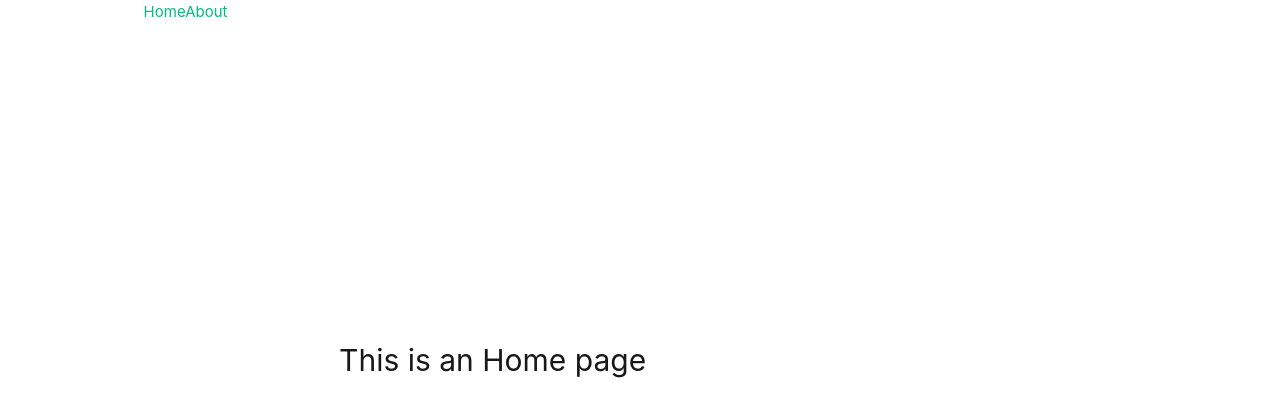
Repository: loktioncode/vectra-shop
Page: /
An editor plug-in stored every save of this project. The page is shown before and after the next save, followed by the edit.
The browser window is 1280 px wide. The pictures show the whole page.
The project was rebuilt for these pictures with package versions that can differ from the ones it lists, and the page was loaded fresh each time. Also part of the build but not shown: vite.config.ts.

Above is the page before, as saved 2023-09-20 12:34:03.

### src/assets/main.css
@import './base.css';

a,
.green {
  text-decoration: none;
  color: hsla(160, 100%, 37%, 1);
  transition: 0.4s;
}

@media (hover: hover) {
  a:hover {
    background-color: hsla(160, 100%, 37%, 0.2);
  }
}

@media (min-width: 1024px) {
  body {
    display: flex;
    place-items: center;
  }

  #app {
    display: grid;
    grid-template-columns: 1fr 1fr;
    padding: 0 2rem;
  }
}

### src/App.vue
<!-- <script setup lang="ts">
import { RouterLink, RouterView } from 'vue-router'
import HelloWorld from './components/HelloWorld.vue'
</script> -->

<template>
  <div class="app">
    <header>
      <nav>
        <RouterLink to="/">Home</RouterLink>
        <RouterLink to="/about">About</RouterLink>
      </nav>

    </header>
  </div>
  <RouterView />
</template>

<style scoped>
.app {
  text-align: center;
}
</style>

### src/assets/base.css
/* color palette from <https://github.com/vuejs/theme> */
:root {
  --vt-c-white: #ffffff;
  --vt-c-white-soft: #f8f8f8;
  --vt-c-white-mute: #f2f2f2;

  --vt-c-black: #181818;
  --vt-c-black-soft: #222222;
  --vt-c-black-mute: #282828;

  --vt-c-indigo: #2c3e50;

  --vt-c-divider-light-1: rgba(60, 60, 60, 0.29);
  --vt-c-divider-light-2: rgba(60, 60, 60, 0.12);
  --vt-c-divider-dark-1: rgba(84, 84, 84, 0.65);
  --vt-c-divider-dark-2: rgba(84, 84, 84, 0.48);

  --vt-c-text-light-1: var(--vt-c-indigo);
  --vt-c-text-light-2: rgba(60, 60, 60, 0.66);
  --vt-c-text-dark-1: var(--vt-c-white);
  --vt-c-text-dark-2: rgba(235, 235, 235, 0.64);
}

/* semantic color variables for this project */
:root {
  --color-background: var(--vt-c-white);
  --color-background-soft: var(--vt-c-white-soft);
  --color-background-mute: var(--vt-c-white-mute);

  --color-border: var(--vt-c-divider-light-2);
  --color-border-hover: var(--vt-c-divider-light-1);

  --color-heading: var(--vt-c-text-light-1);
  --color-text: var(--vt-c-black);

  --section-gap: 160px;
}

@media (prefers-color-scheme: dark) {
  :root {
    --color-background: var(--vt-c-black);
    --color-background-soft: var(--vt-c-black-soft);
    --color-background-mute: var(--vt-c-black-mute);

    --color-border: var(--vt-c-divider-dark-2);
    --color-border-hover: var(--vt-c-divider-dark-1);

    --color-heading: var(--vt-c-text-dark-1);
    --color-text: var(--vt-c-black);
  }
}

*,
*::before,
*::after {
  box-sizing: border-box;
  margin: 0;
  font-weight: normal;
}

body {
  min-height: 100vh;
  color: var(--color-text);

  background: var(--vt-c-white);

  transition:
    color 0.5s,
    background-color 0.5s;
  line-height: 1.6;
  font-family:
    Inter,
    -apple-system,
    BlinkMacSystemFont,
    'Segoe UI',
    Roboto,
    Oxygen,
    Ubuntu,
    Cantarell,
    'Fira Sans',
    'Droid Sans',
    'Helvetica Neue',
    sans-serif;
  font-size: 15px;
  text-rendering: optimizeLegibility;
  -webkit-font-smoothing: antialiased;
  -moz-osx-font-smoothing: grayscale;
}

### src/views/HomeView.vue
<script setup lang="ts">
// import TheWelcome from '../components/TheWelcome.vue'
</script>

<template>
  <div class="home">
    <h1>This is an Home page</h1>
  </div>
</template>

<style>
@media (min-width: 1024px) {
  .home {
    min-height: 100vh;
    display: flex;
    align-items: center;
  }
}
</style>

Loaded but not shown: index.html (common file); src/main.ts (common file); src/router/index.ts (common file)

After the next save:
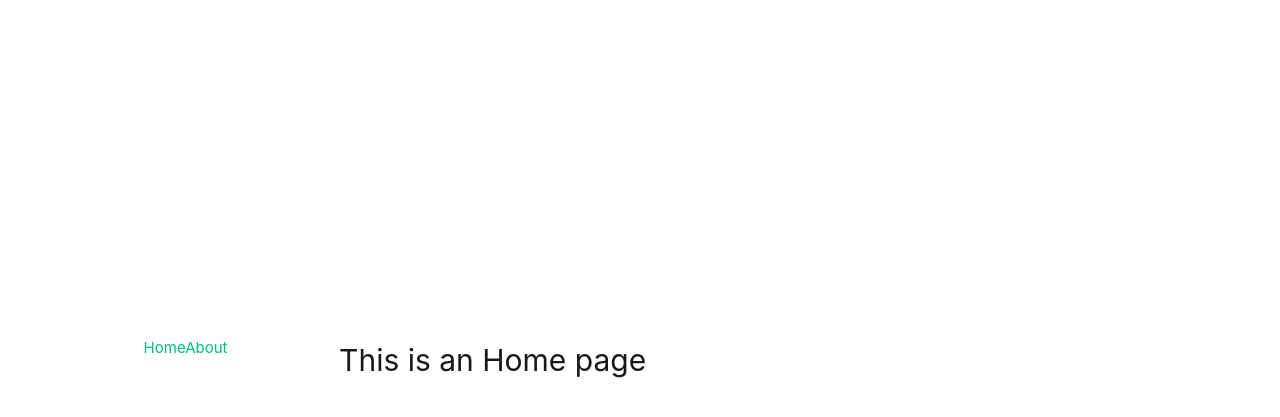
Saved 5 s later.
--- a/src/views/HomeView.vue
+++ b/src/views/HomeView.vue
@@ -9,11 +9,5 @@
 </template>
 
 <style>
-@media (min-width: 1024px) {
-  .home {
-    min-height: 100vh;
-    display: flex;
-    align-items: center;
-  }
-}
+
 </style>

After the save that followed:
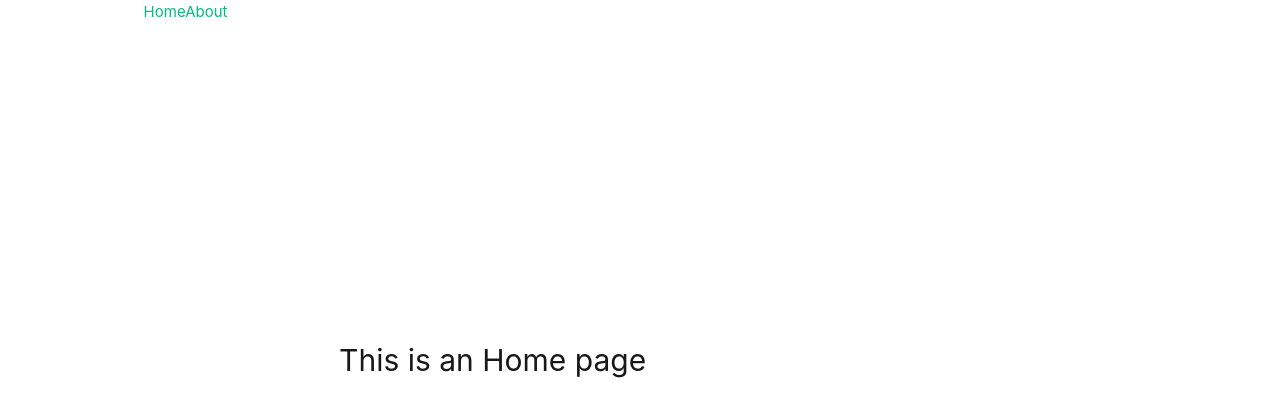
Saved 6 s later.
--- a/src/views/HomeView.vue
+++ b/src/views/HomeView.vue
@@ -9,5 +9,11 @@
 </template>
 
 <style>
-
+@media (min-width: 1024px) {
+  .home {
+    min-height: 100vh;
+    display: flex;
+    align-items: center;
+  }
+}
 </style>
